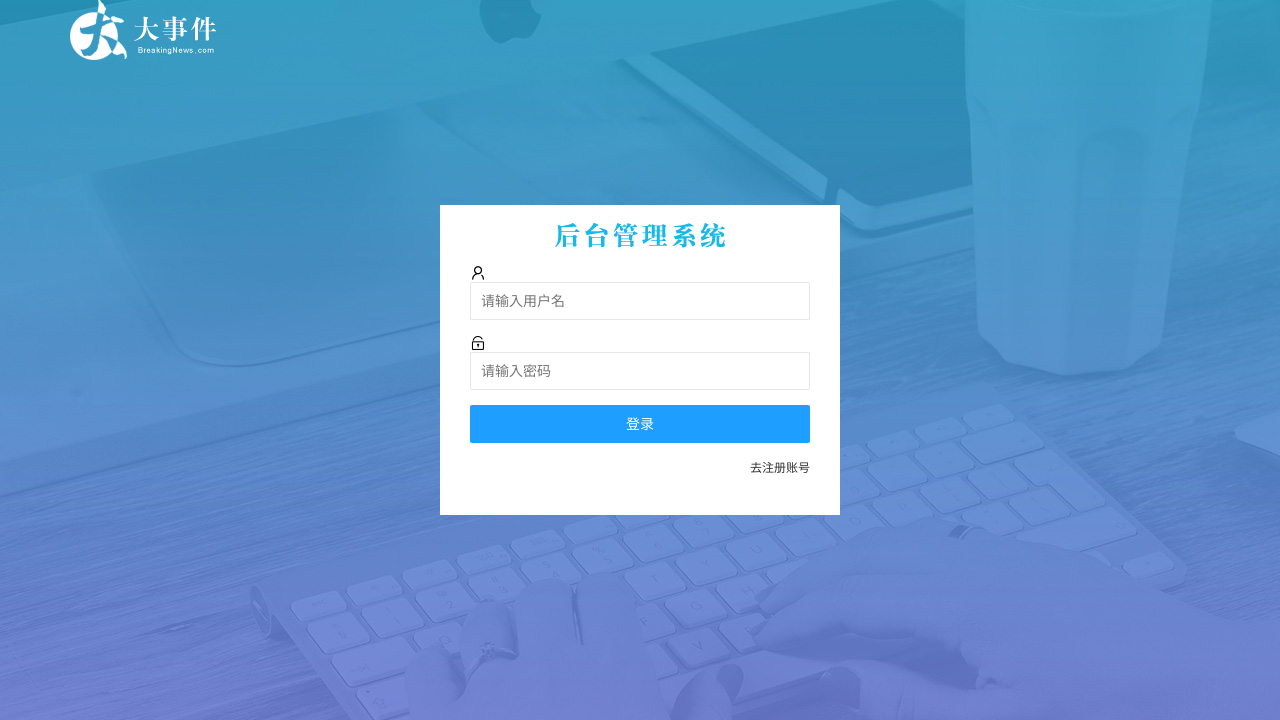
Repository: Yaoshuyi1999/code
Page: login.html
An editor plug-in stored every save of this project. The page is shown before and after the next save, followed by the edit.
The browser window is 1280 px wide. The pictures show the whole page.

Above is the page before, as saved 2022-06-09 10:41:36.

After the next save:
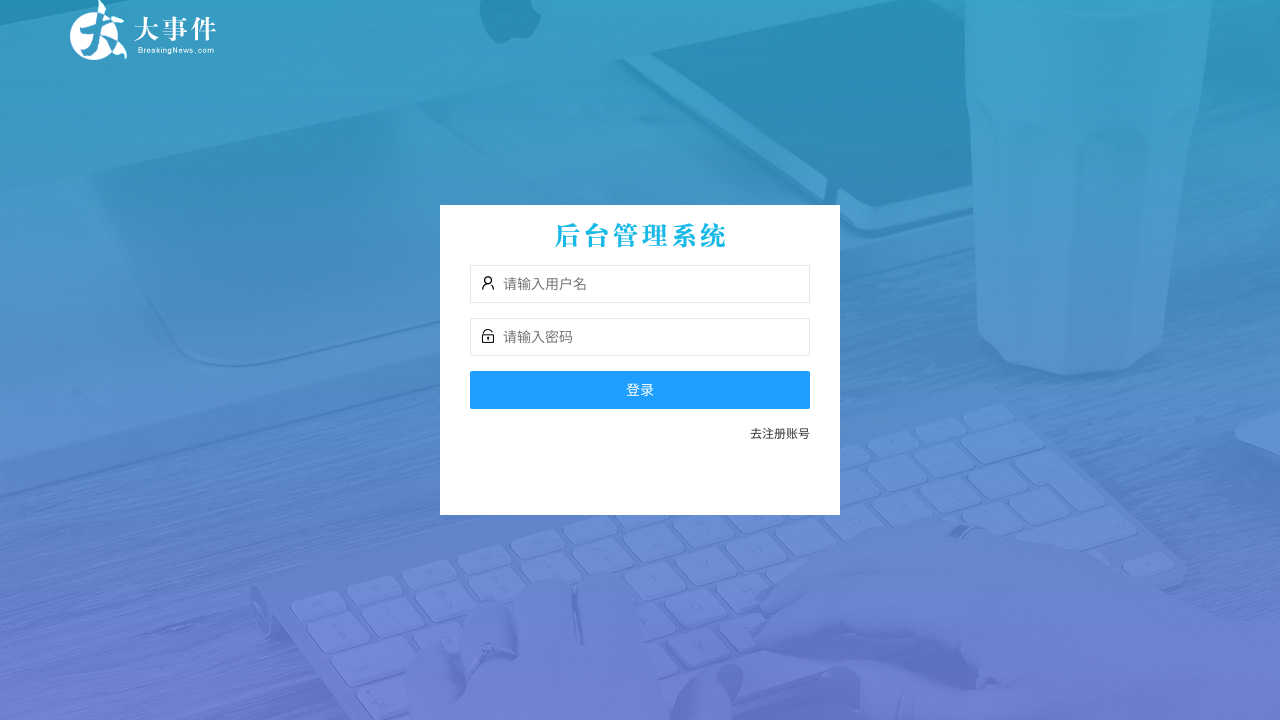
Saved 26 s later.
--- a/assets/css/login.css
+++ b/assets/css/login.css
@@ -39,3 +39,16 @@ body {
 }
 
 /* 登录注册区域--图标 */
+.layui-form-item {
+    position: relative;
+  }
+
+  .layui-icon {
+    position: absolute;
+    top: 10px;
+    left: 10px;
+  }
+
+  .layui-input {
+    padding-left: 32px;
+  }
